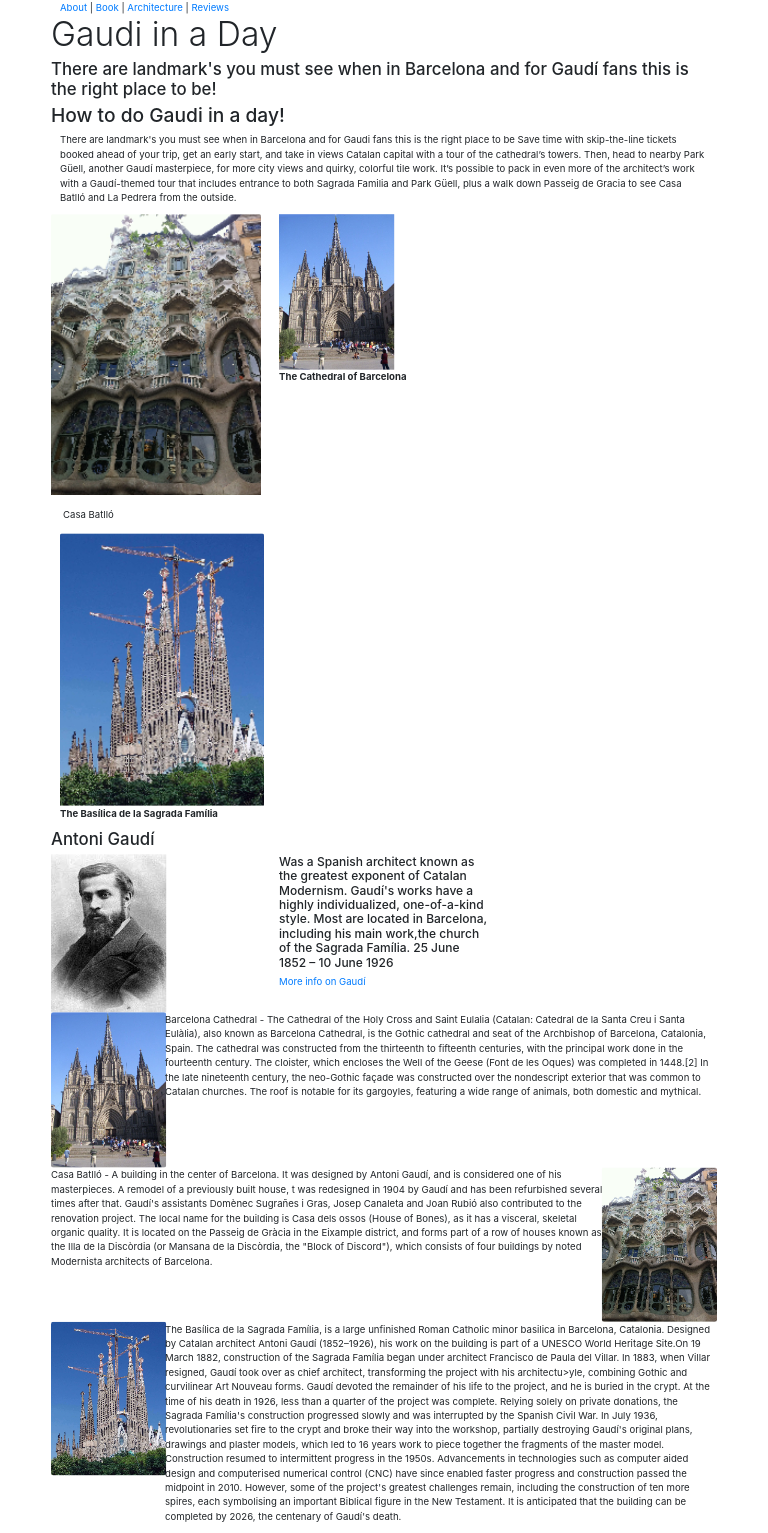
Repository: Taitdanielle/Milestone1
Page: index.html
The author's editor kept a record of every edit. The page is drawn from the files as they stood at one moment, then again after the next edit.
The browser window is 1280 px wide. The pictures show the whole page, at 60% of full size.

Above is the page before.

### index.html
<!DOCTYPE html>
<html lang="en">

<head>
    <title>Gaudí in a day!</title>
    <meta charset="UTF-8">
    <meta name="viewport" content="width=device-width, initial-scale=1.0">
    <meta http-equiv="X-UA-Compatible" content="ie=edge">
    <link href="https://fonts.googleapis.com/css?family=Lato&display=swap" rel="stylesheet">
    <link rel="stylesheet" href="https://stackpath.bootstrapcdn.com/bootstrap/4.3.1/css/bootstrap.min.css" integrity="sha384-ggOyR0iXCbMQv3Xipma34MD+dH/1fQ784/j6cY/iJTQUOhcWr7x9JvoRxT2MZw1T" crossorigin="anonymous">
    <link rel="stylesheet" href="css/style.css" type="text/css" />
</head>


<!-- nav -->

<nav>
    <div class="container">
        <div class="col-md-12">
            <a href="/about/">About</a> |
            <a href="/book/">Book</a> |
            <a href="/architecture/">Architecture</a> |
            <a href="/reviews/">Reviews</a>
        </div>
    </div>
</nav>

<!-- nav -->

<body>

    <div class="container">
        <h1 class="display-4">Gaudi in a Day</h1>
        <h3>There are landmark's you must see when in Barcelona and for Gaudí fans this is the right place to be!</h3>
    </div>

    <div class="container">
        <h2> How to do Gaudi in a day!</h2>
        <p class="col-md-12"> There are landmark's you must see when in Barcelona and for Gaudi fans this is the right place to be Save time with skip-the-line tickets booked ahead of your trip, get an early start, and take in views Catalan capital with a tour of the cathedral’s
            towers. Then, head to nearby Park Güell, another Gaudí masterpiece, for more city views and quirky, colorful tile work. It’s possible to pack in even more of the architect’s work with a Gaudí-themed tour that includes entrance to both Sagrada
            Familia and Park Güell, plus a walk down Passeig de Gracia to see Casa Batlló and La Pedrera from the outside. </p>
    </div>

    <!-- image cards -->

    <div class="container">
        <div class="row">
            <div class="col-md-4">
                <div class="card-one">
                    <img src="images/gaudi2.jpg" class="card-img-top" alt="Casa Battlo Building">
                    <div class="card-body">
                        <p class="card-text" <b>Casa Batlló</b></p>
                    </div>
                </div>
            </div>

            <div class="col-md-4">
                <div class="card-two">
                    <img src="images/Sta-eulalia.jpg">
                    <p class="card-text"><b>The Cathedral of Barcelona</b></p>
                </div>
            </div>
        </div>

        <div class="col-md-4">
            <div class="card-three">
                <img src="images/sagrada-familia-1028930_1920.jpg" class="card-img-top" alt="sagrada-familia-building">
                <div class="card-bodt"><b>The Basílica de la Sagrada Família</b></p>
                </div>
            </div>
        </div>
    </div>
    </div>

    <!-- Gaudi info -->

    <div class="container">
        <div class="row">
            <div class="col-md-12 title-heading-conatainer">
                <h3 class="title-heading"> Antoni Gaudí </h3>
            </div>
            <div class="col-md-4">
                <img src="images/gaudi.jpg">
            </div>
            <div class="col-md-4">
                <h5>Was a Spanish architect known as the greatest exponent of Catalan Modernism. Gaudí's works have a highly individualized, one-of-a-kind style. Most are located in Barcelona, including his main work,the church of the Sagrada Família. 25
                    June 1852 – 10 June 1926 </h5>
                <a href="https://en.wikipedia.org/wiki/Antoni_Gaud%C3%AD">More info on Gaudí</a>
            </div>
        </div>
    </div>

    <!-- Gaudi info End -->

    <!-- image info -->

    <div class="container">
        <div class="row">
            <div class="col-md-2">
                <img src="images/Sta-eulalia.jpg" class="rounded float-left" alt="barrigotic building">
            </div>
            <div class="col-md-10">
                <p class="par-padding-left">Barcelona Cathedral - The Cathedral of the Holy Cross and Saint Eulalia (Catalan: Catedral de la Santa Creu i Santa Eulàlia), also known as Barcelona Cathedral, is the Gothic cathedral and seat of the Archbishop of Barcelona, Catalonia,
                    Spain. The cathedral was constructed from the thirteenth to fifteenth centuries, with the principal work done in the fourteenth century. The cloister, which encloses the Well of the Geese (Font de les Oques) was completed in 1448.[2]
                    In the late nineteenth century, the neo-Gothic façade was constructed over the nondescript exterior that was common to Catalan churches. The roof is notable for its gargoyles, featuring a wide range of animals, both domestic and mythical.</p>
            </div>
        </div>
    </div>

    <div class="container">
        <div class="row">
            <div class="col-md-10">
                <p class="par-padding-right"> Casa Batlló - A building in the center of Barcelona. It was designed by Antoni Gaudí, and is considered one of his masterpieces. A remodel of a previously built house, t was redesigned in 1904 by Gaudí and has been refurbished several
                    times after that. Gaudí's assistants Domènec Sugrañes i Gras, Josep Canaleta and Joan Rubió also contributed to the renovation project. The local name for the building is Casa dels ossos (House of Bones), as it has a visceral, skeletal
                    organic quality. It is located on the Passeig de Gràcia in the Eixample district, and forms part of a row of houses known as the Illa de la Discòrdia (or Mansana de la Discòrdia, the "Block of Discord"), which consists of four buildings
                    by noted Modernista architects of Barcelona.</p>
            </div>
            <div class="col-md-2">
                <img src="images/gaudi2.jpg" class="rounded float-right" alt="Building">
            </div>
        </div>
    </div>

    <div class="container">
        <div class="row">
            <div class="col-md-2">
                <img src="images/sagrada-familia-1028930_1920.jpg" class="rounded float-left" alt=building>
            </div>
            <div class="col-md-10">
                <p class="par-padding-left"> The Basílica de la Sagrada Família, is a large unfinished Roman Catholic minor basilica in Barcelona, Catalonia. Designed by Catalan architect Antoni Gaudí (1852–1926), his work on the building is part of a UNESCO World Heritage Site.On
                    19 March 1882, construction of the Sagrada Família began under architect Francisco de Paula del Villar. In 1883, when Villar resigned, Gaudí took over as chief architect, transforming the project with his architectu>yle, combining
                    Gothic and curvilinear Art Nouveau forms. Gaudí devoted the remainder of his life to the project, and he is buried in the crypt. At the time of his death in 1926, less than a quarter of the project was complete. Relying solely on private
                    donations, the Sagrada Família's construction progressed slowly and was interrupted by the Spanish Civil War. In July 1936, revolutionaries set fire to the crypt and broke their way into the workshop, partially destroying Gaudí's original
                    plans, drawings and plaster models, which led to 16 years work to piece together the fragments of the master model. Construction resumed to intermittent progress in the 1950s. Advancements in technologies such as computer aided design
                    and computerised numerical control (CNC) have since enabled faster progress and construction passed the midpoint in 2010. However, some of the project's greatest challenges remain, including the construction of ten more spires, each
                    symbolising an important Biblical figure in the New Testament. It is anticipated that the building can be completed by 2026, the centenary of Gaudí's death.</p>
            </div>
        </div>
    </div>
</body>

</html>

### css/style.css
container {
    background-color: #FBEAFF;
}

After the next edit:
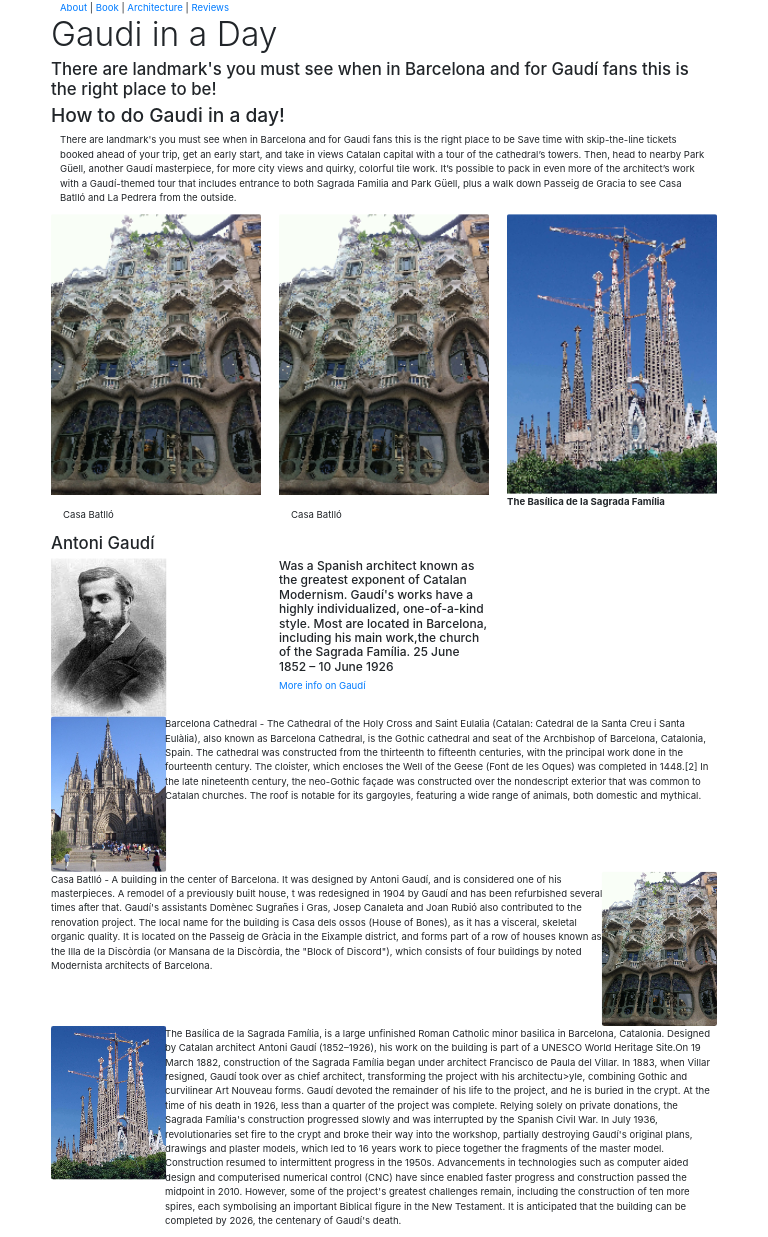
The edit:
--- a/index.html
+++ b/index.html
@@ -54,13 +54,14 @@
                 </div>
             </div>
 
-            <div class="col-md-4">
-                <div class="card-two">
-                    <img src="images/Sta-eulalia.jpg">
-                    <p class="card-text"><b>The Cathedral of Barcelona</b></p>
+ <div class="col-md-4">
+                <div class="card-one">
+                    <img src="images/gaudi2.jpg" class="card-img-top" alt="Casa Battlo Building">
+                    <div class="card-body">
+                        <p class="card-text" <b>Casa Batlló</b></p>
+                    </div>
                 </div>
             </div>
-        </div>
 
         <div class="col-md-4">
             <div class="card-three">
